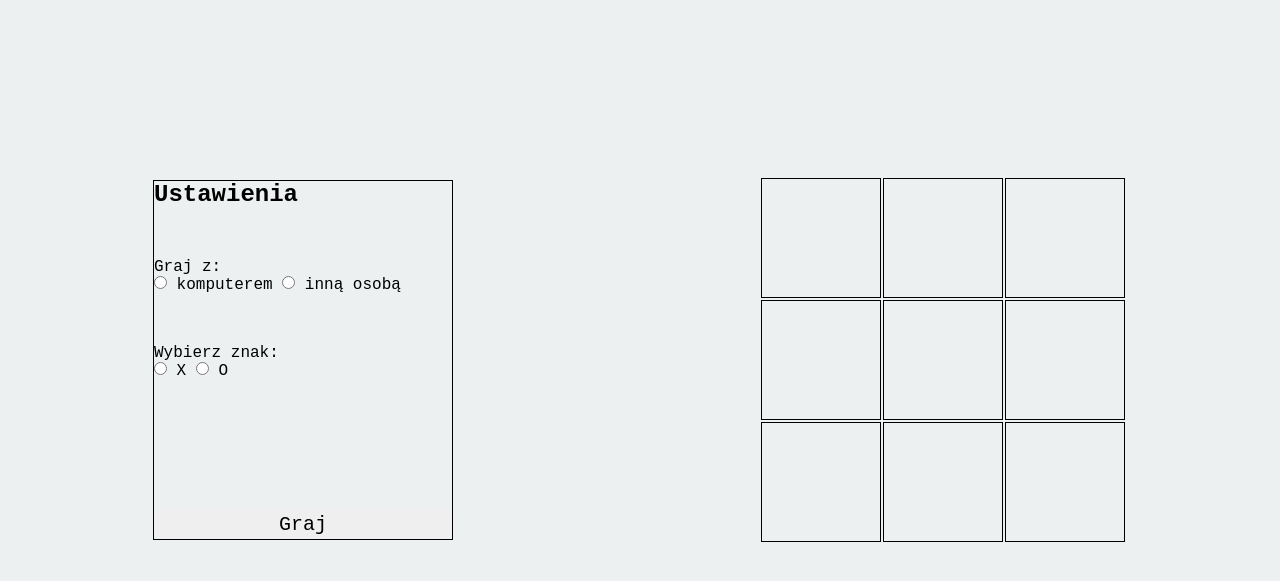
Repository: SebastianArmata22/Tic-Tac-Toe
Page: index.html
An editor plug-in stored every save of this project. The page is shown before and after the next save, followed by the edit.
The browser window is 1280 px wide. The pictures show the whole page.
Some web fonts or font styles are not loaded; a fallback is used.

Above is the page before, as saved 2020-11-03 14:35:59.

After the next save:
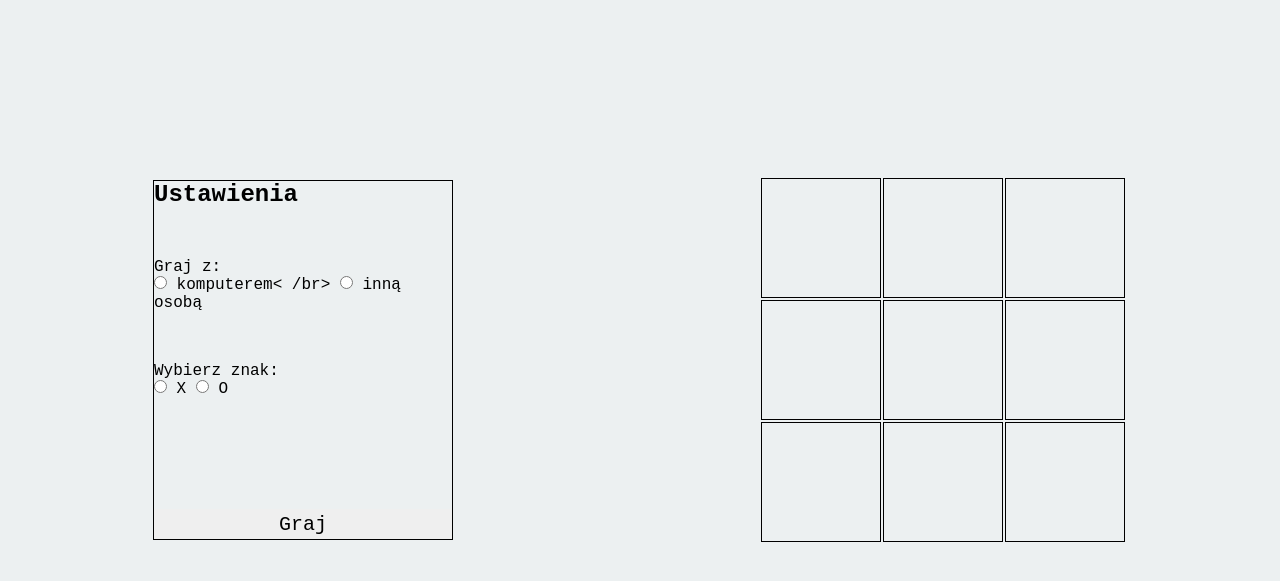
Saved 45 s later.
--- a/index.html
+++ b/index.html
@@ -15,7 +15,7 @@
                 <h2>Ustawienia</h2>
                 <div class="choice">
                     <p>Graj z:</p>
-                    <label><input type="radio" name="player"> komputerem</label>
+                    <label><input type="radio" name="player"> komputerem</label>< /br>
                     <label><input type="radio" name="player"> inną osobą</label>
 
 
